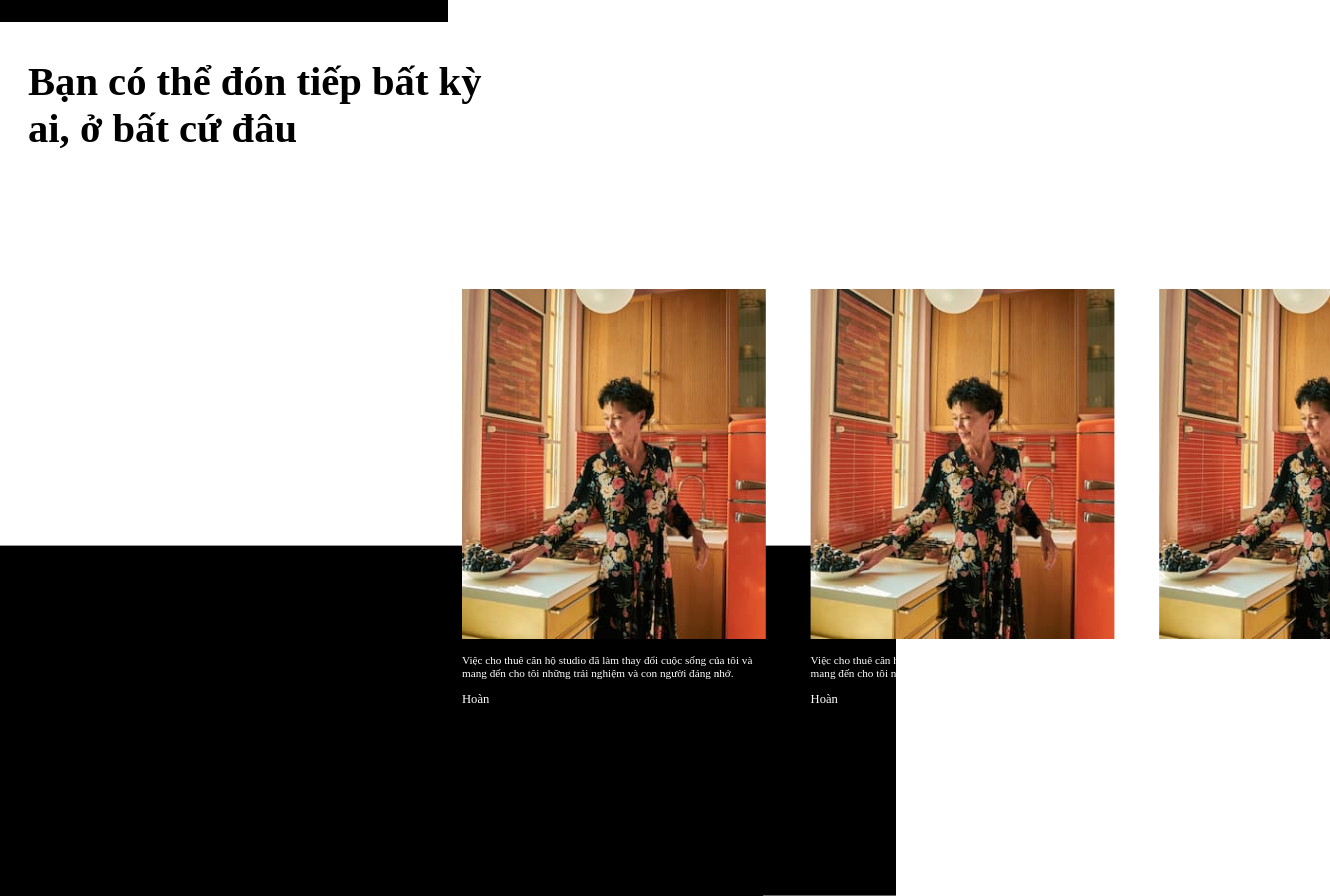
Repository: HoanTiny/AirbnbClone
Page: page3.html
These files come from the project's save history. The page is drawn as it stood at one moment and after the next save; the edit follows.
The browser window is 1280 px wide. The page is 1900 px wide, so the pictures cover 1900 px, including what lies to the right of the window. The pictures show the part of the page from y = 688 to 1968 px (the page is 1968 px tall), at 70% of full size.
Pictures or frames that could not be fetched are drawn as grey boxes.

Above is the page before, as saved 2021-09-13 11:28:24.

After the next save:
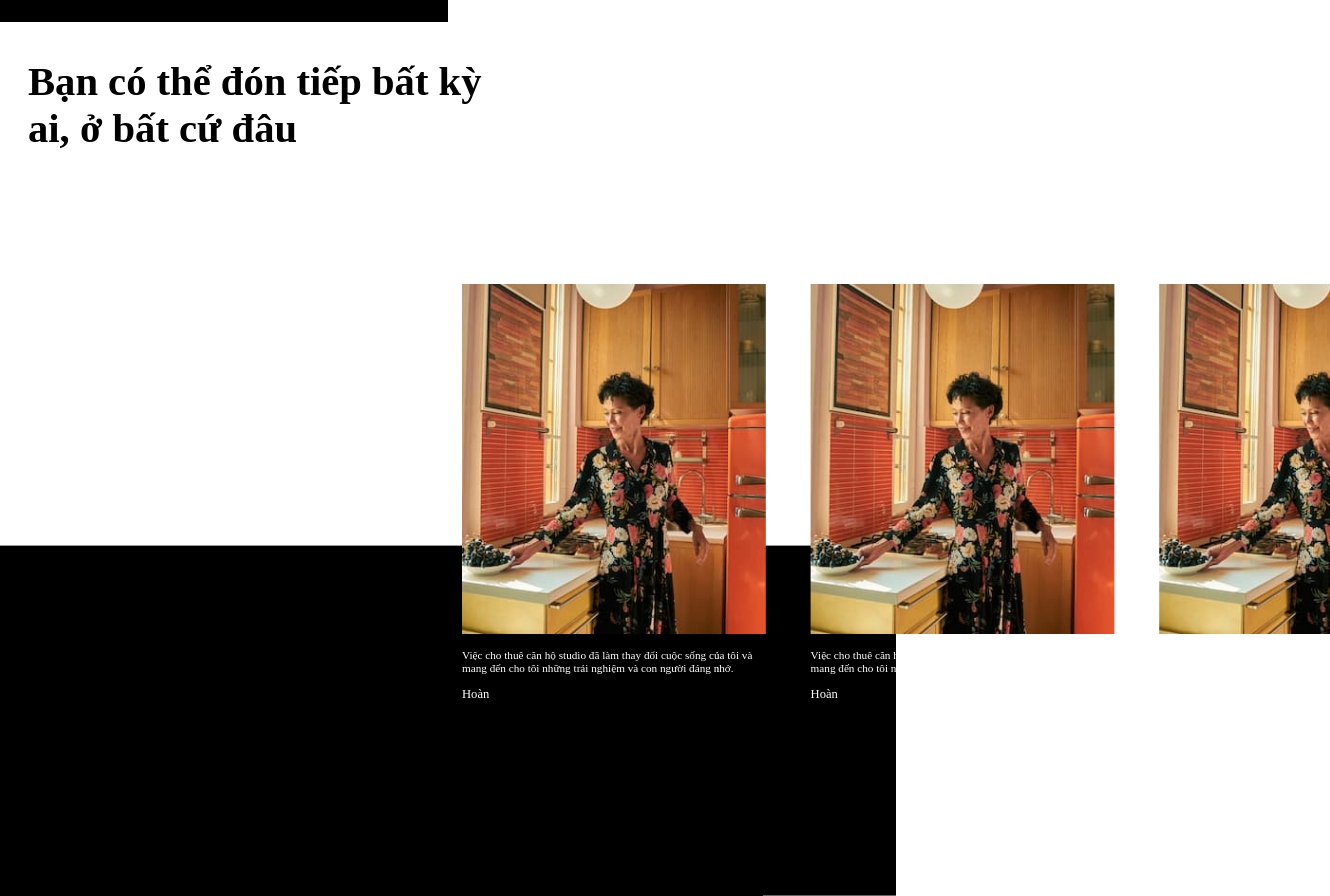
Saved 42 s later.
--- a/acess/css/mainpage3.css
+++ b/acess/css/mainpage3.css
@@ -108,12 +108,13 @@ body {
     margin-right: 64px;
 }
 
+.home__img-product-text {
+    margin-top: 24px;
+}
+
 .home__img-text {
     color: var(--white-color);
     font-size: 1.6rem;
-}
-
-.home__img-product-text {
 }
 
 .home__img-text-end {
